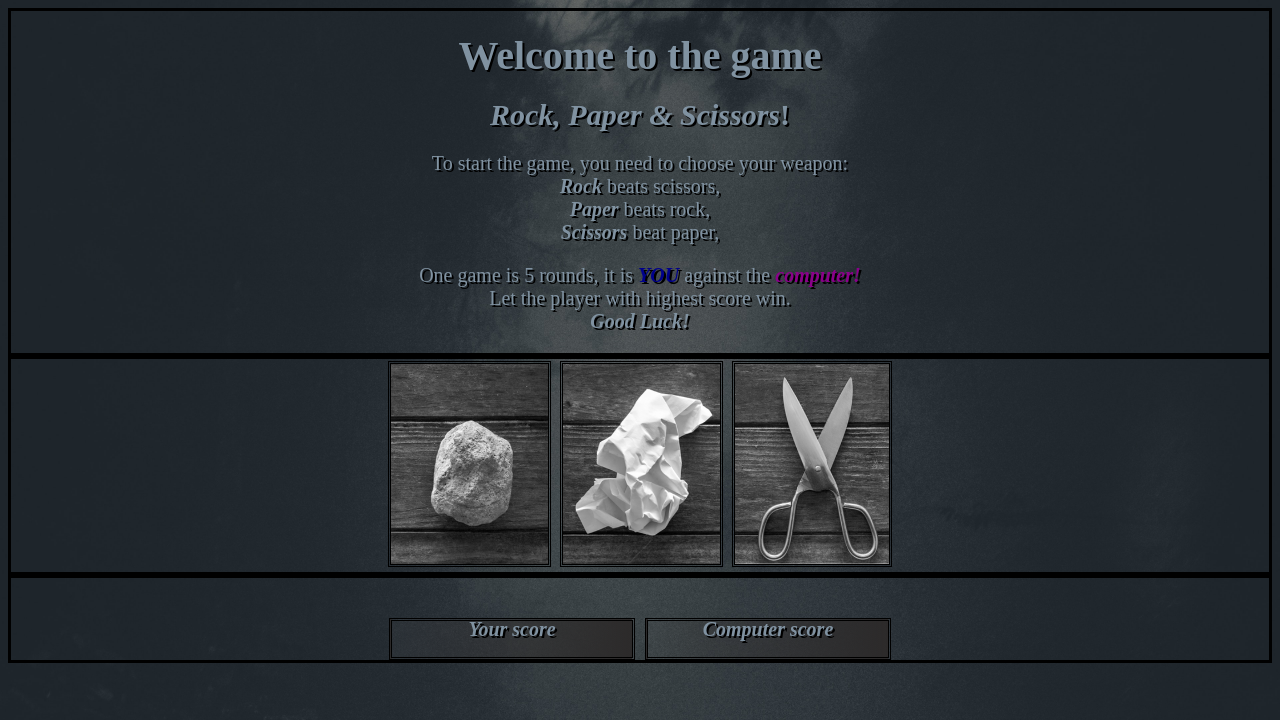
Repository: agneta1991/rock-paper-scissors
Page: Desktop/coding/index.html
These files come from the project's save history. The page is drawn as it stood at one moment and after the next save; the edit follows.
The browser window is 1280 px wide. The pictures show the whole page.

Above is the page before, as saved 2023-03-03 10:09:39.

After the next save:
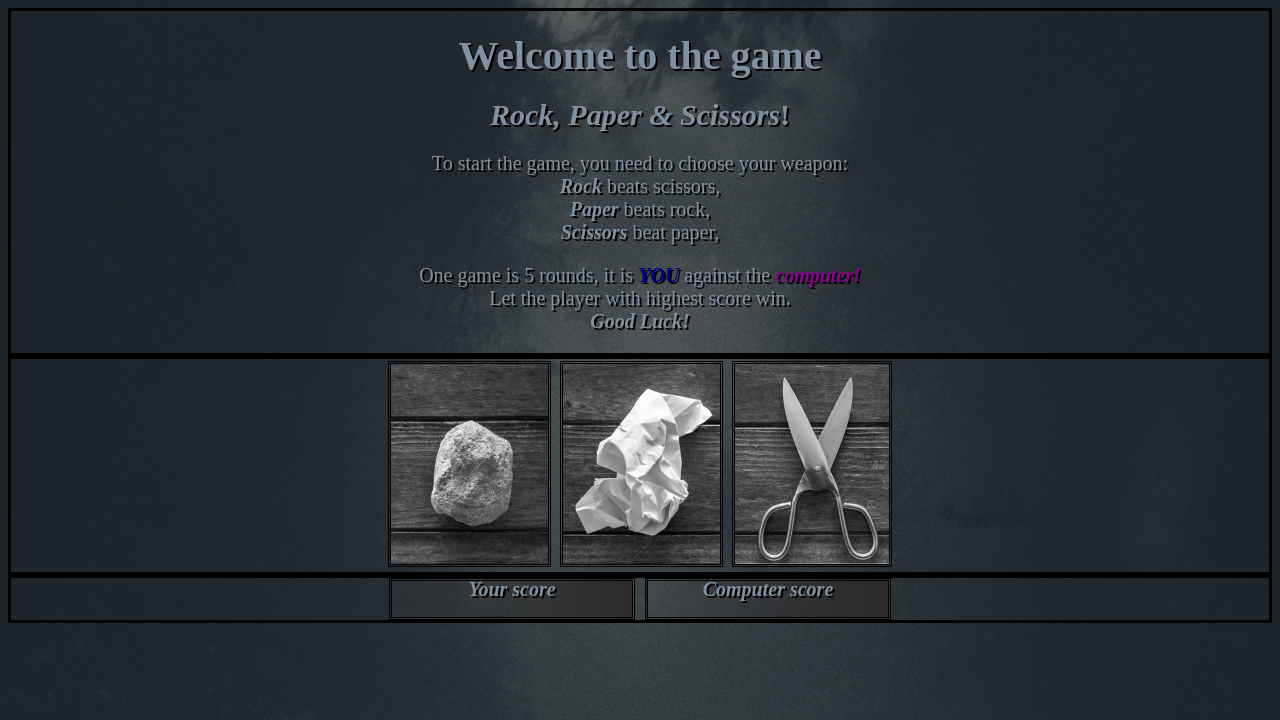
Saved 100 s later.
--- a/Desktop/coding/index.html
+++ b/Desktop/coding/index.html
@@ -28,7 +28,7 @@
         </div>
     </div>
     <div class="container3">
-        <div id="displayed"></div>
+        <div id="playerChoice"></div><div id="computerChoice"></div>
         <div class="score">
             <div class="playerScore"><span>Your score<span></span>
             <p class="displayedPlayerScore"></p></div>
